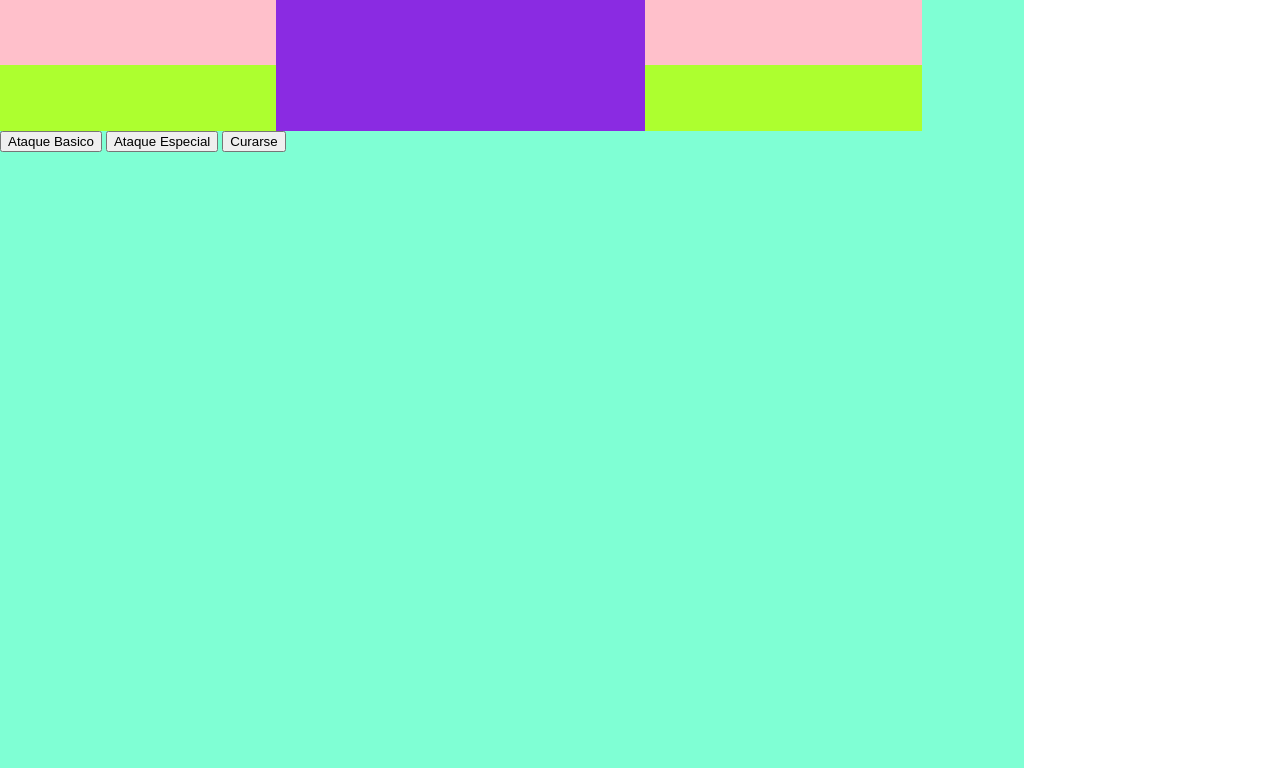
Repository: NovaDuel/novaduel-game
Page: index.html
These files come from the project's save history. The page is drawn as it stood at one moment and after the next save; the edit follows.
The browser window is 1280 px wide. The pictures show the whole page.

Above is the page before, as saved 2024-03-25 09:48:04.

### index.html
<!DOCTYPE html>
<html lang="en">
<head>
    <meta charset="UTF-8">
    <meta name="viewport" content="width=device-width, initial-scale=1.0">
    <link rel="stylesheet" href="style.css">
    <script src="main.js" defer></script>
    <title>NovaDuel</title>
</head>
<body>
    <div id="main-container">
        <div id="status">
            <div class="bars-wrapper">
                <div id="health-player" class="health"></div>
                <div id="stamina-player" class="stamina"></div>
            </div>
            <div class="bars-wrapper">
                <div id="health-enemy" class="health"></div>
                <div id="stamina-enemy" class="stamina"></div>
            </div>
        </div>
        <div id="characters">
            <div id="player"></div>
            <div id="enemy"></div>
        </div>
        <div id="actions">
            <div>
                <button>Ataque Basico</button>
                <button>Ataque Especial</button>
                <button>Curarse</button>
            </div>
        </div>
    </div>
</body>
</html>

### style.css
body {
    margin: 0;
    padding: 0;
}

#main-container {
    width: 1024px;
    height: 768px;
    background-color: aquamarine;;
}

#status {
    display: flex;
    justify-content: space-between;
    width: 90%;
    height: 17%;
    background-color:blueviolet
}

.bars-wrapper {
    width: 30%;
    height: 100%;
    background-color: greenyellow;
}

.health {
    width: 100%;
    height: 50%;
    background-color: pink;
}

Loaded but not shown: main.js (no copy from this time; the picture is the same without it)

After the next save:
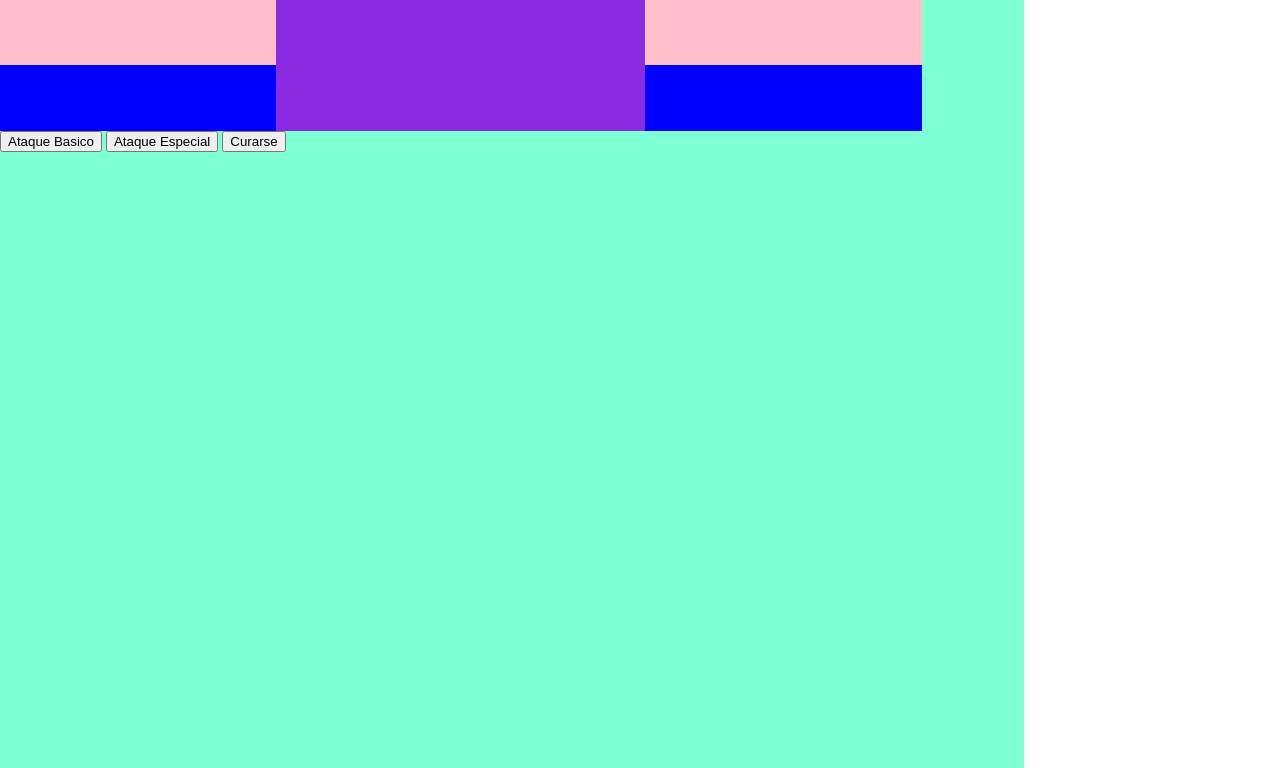
Saved 23 s later.
--- a/style.css
+++ b/style.css
@@ -28,3 +28,9 @@ body {
     height: 50%;
     background-color: pink;
 }
+
+.stamina {
+    width: 100%;
+    height: 50%;
+    background-color: blue
+}
